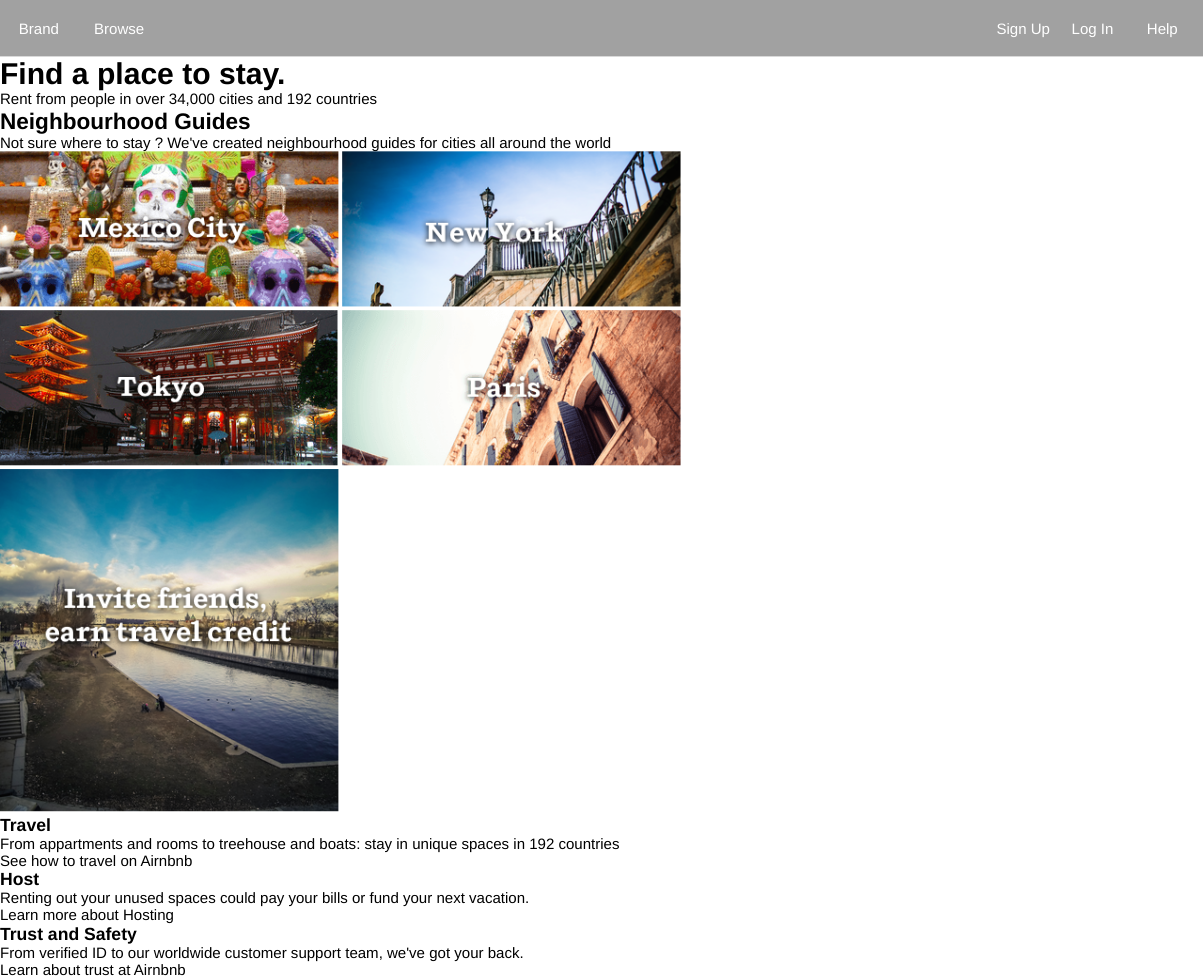
Repository: Naohonproject/web101x02-asm3
Page: Project3.html
The author's editor kept a copy of each file at every save. The page is drawn from the files as they stood at one save, then again after the next save.
The browser window is 1280 px wide. The pictures show the whole page, at 94% of full size.

Above is the page before, as saved 2022-01-21 23:50:09.

After the next save:
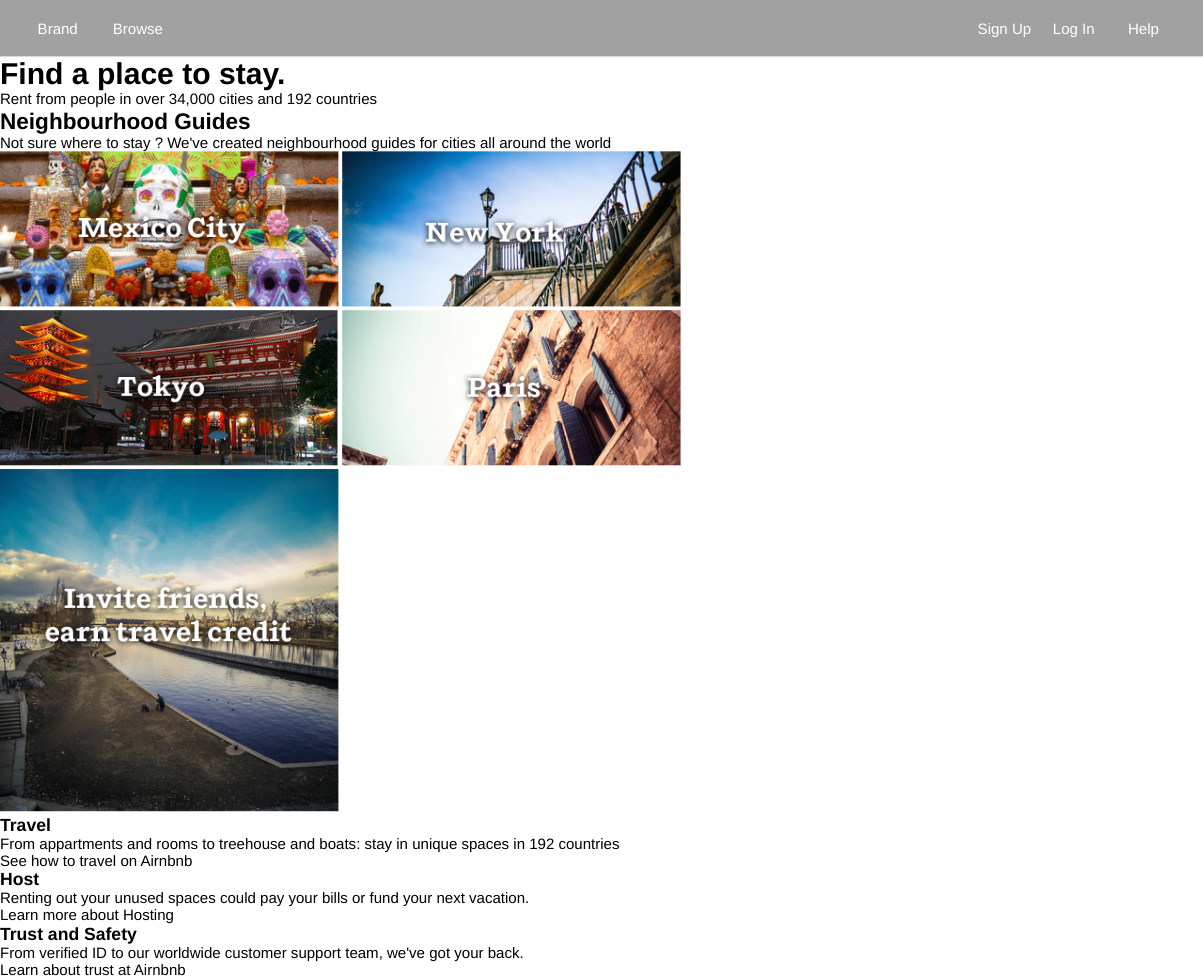
Saved 13 s later.
--- a/assets/css/layout.css
+++ b/assets/css/layout.css
@@ -7,7 +7,7 @@
 	background-clip: border-box;
 }
 
-#header .wrapper {
+#header .header-wrapper {
 	padding: 0 20px;
 }
 

After the save that followed:
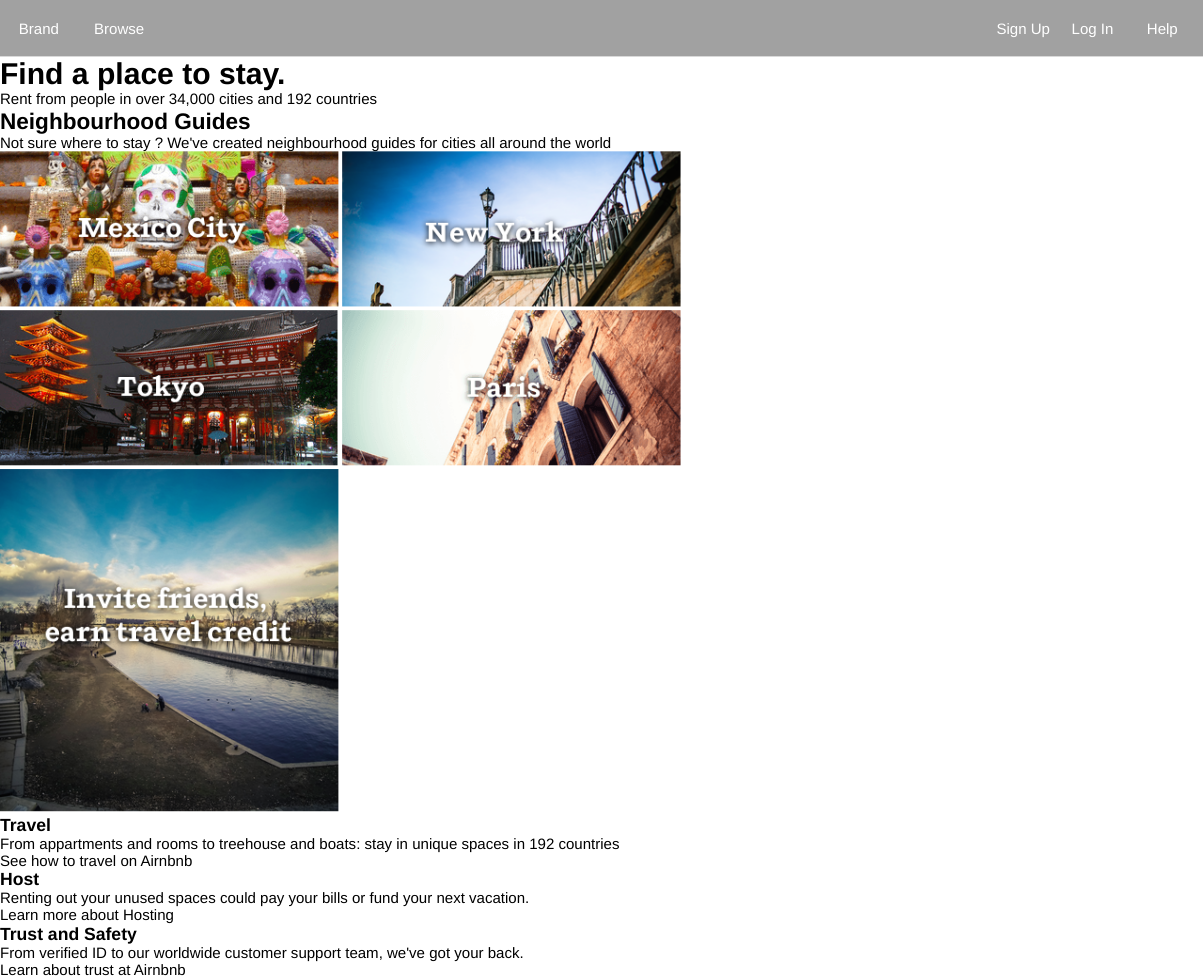
Saved 35 s later.
--- a/assets/css/layout.css
+++ b/assets/css/layout.css
@@ -5,10 +5,6 @@
 	height: 60px;
 	background-color: #a1a1a1;
 	background-clip: border-box;
-}
-
-#header .header-wrapper {
-	padding: 0 20px;
 }
 
 .nav-bar {
